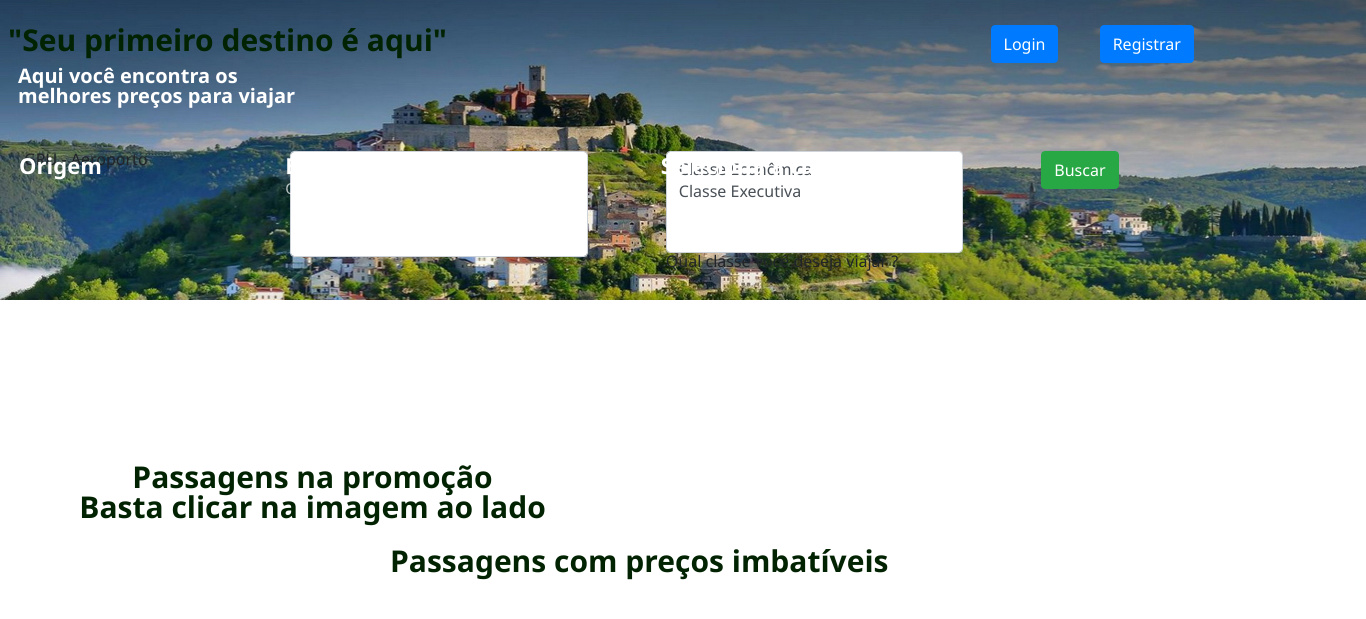
Repository: VictorFlay/Aplicacao-WEB
Page: http://localhost/ProjetoWeb/
An editor plug-in stored every save of this project. The page is shown before and after the next save, followed by the edit.
The browser window is 1280 px wide. The page is 1366 px wide, so the pictures cover 1366 px, including what lies to the right of the window. The pictures show the whole page.
Some web libraries are served in a nearby version. The page is served by Tomcat 9. Queries for data that is not in the repository find no rows.

Above is the page before, as saved 2021-07-16 22:55:07.

After the next save:
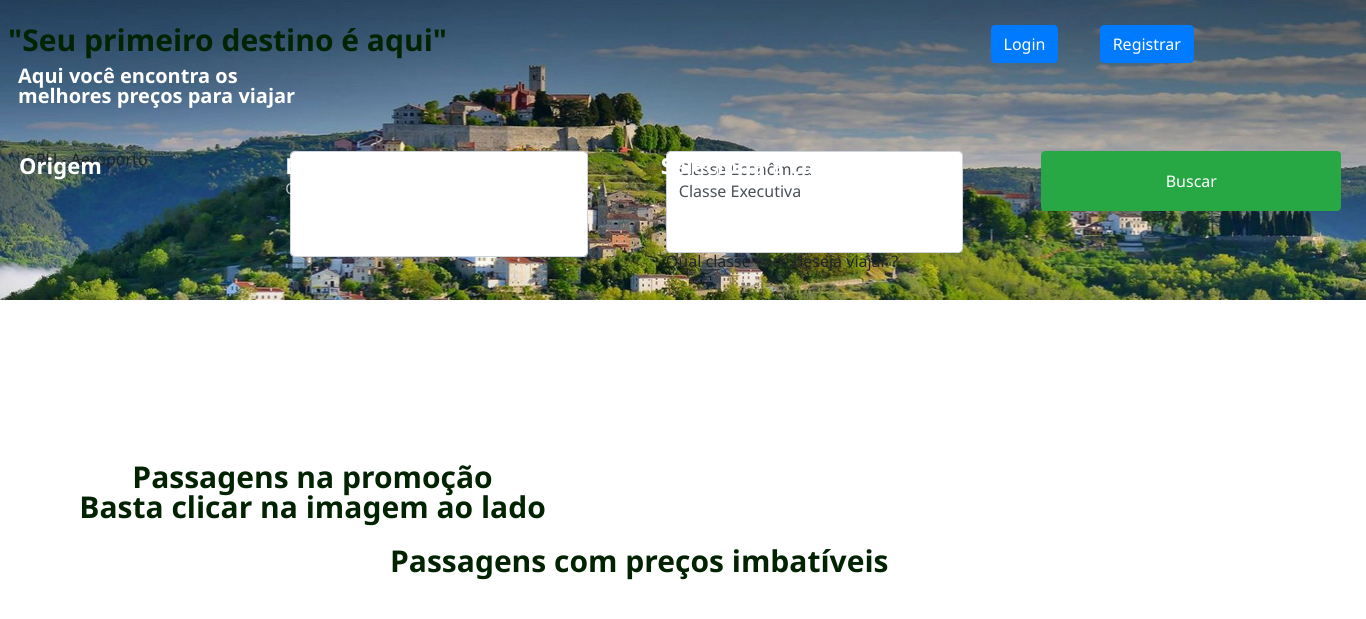
Saved 38 s later.
--- a/ProjetoWeb/WebContent/css/design.css
+++ b/ProjetoWeb/WebContent/css/design.css
@@ -64,7 +64,7 @@
 
 }
 
-.buscar{
+.buscarlinha{
 	width: 300px;
     height: 60px;
     border: 1px solid;
